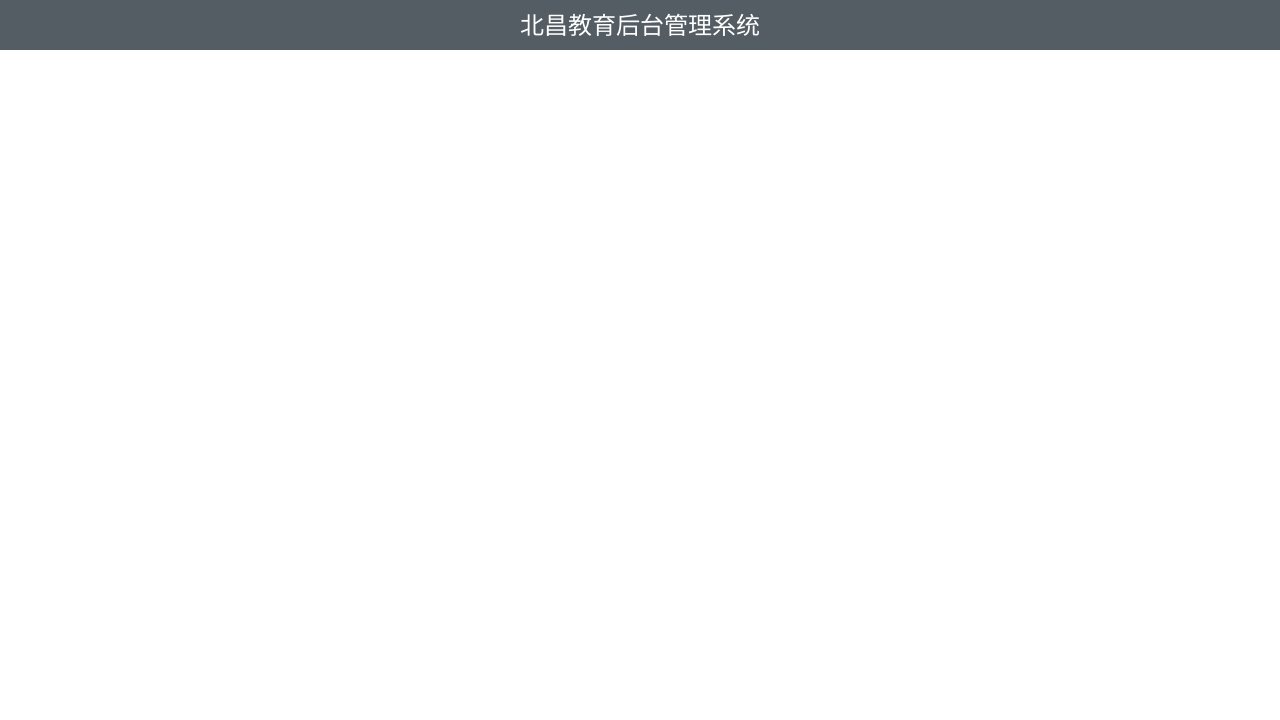
Repository: xiaosi0707/2212-v2
Page: /
These files come from the project's save history. The page is drawn as it stood at one moment and after a run of saves; the edit follows.
The browser window is 1280 px wide. The pictures show the whole page.
The project was rebuilt for these pictures with package versions that can differ from the ones it lists, and the page was loaded fresh each time. Also part of the build but not shown: vue.config.js, src/components/ceshi/list.vue, src/components/ceshi/about.vue, src/components/ceshi/send.vue, src/components/ceshi/ented.vue.

Above is the page before, as saved 2023-11-01 14:33:23.

### src/main.js
import Vue from 'vue' // 导入vue.js相当于
import App from './App.vue' // 导入App.vue组件
// import Parent from './components/parent.vue'
// 导入路由对象
import router from './router/index.js'

// 关闭开发环境的提示
Vue.config.productionTip = false
// Vue实例
new Vue({
  render: h => h(App), // 把App组件挂载到#app的html页面上
  router // 全局挂载Vue实例对象
}).$mount('#app')

### src/App.vue
<template>
  <div id="app">
    <CustomHeader />
    <router-view></router-view>

  </div>
</template>
<script>
import CustomHeader from './components/houtai/header.vue'
import CustomFooter from './components/houtai/footer.vue'
export default {
  components: {
    CustomHeader,
    CustomFooter
  }
}
</script>
<style>
.router-link-exact-active {
   color:red

}
</style>

### src/router/index.js
// src/router/index.js就是当前项目的路由模块

//1．导入Vue 和VueRouter的包
import Vue from 'vue'
import VueRouter from 'vue-router'
import List from '../components/ceshi/list.vue'
import About from '../components/ceshi/about.vue'
import Send from '../components/ceshi/send.vue'
import Ented from '../components/ceshi/ented.vue'

//2．调用Vue.use()函数，把VueRouter安装为Vue的插件
Vue.use(VueRouter)

//3．创建路由的实例对象
const router = new VueRouter({
    routes: [

        {
            path:'/list',
            component:List
        },
        {
            path:'/about',
            component:About,
            children:[
                {
                    path:'/',
                    component:Send
                },
                {
                path:'/send',
                component:Send
            },
            {
                path:'/ented',
                component:Ented
            }

            ]
        }
    ]
})

//4．向外共享路由的实例对象
export default router

### src/components/houtai/header.vue
<!-- components/header.vue -->
<template>
    <header class="header">北昌教育后台管理系统</header>
  </template>
  <style scoped>
  .header {
    height: 50px;
    background-color: #545c64;
    line-height: 50px;
    text-align: center;
    font-size: 24px;
    color: #fff;
  }
  </style>

### src/components/houtai/footer.vue
<!-- components/footer.vue -->
<template>
    <footer class="footer">版权信息</footer>
  </template>
  <style scoped>
  .footer {
    height: 40px;
    line-height: 40px;
    background-color: #888;
    position: absolute;
    bottom: 0;
    width: 100%;
    text-align: center;
    color: #fff;
  }
  </style>

Loaded but not shown: public/index.html (common file)

After the next 3 saves:
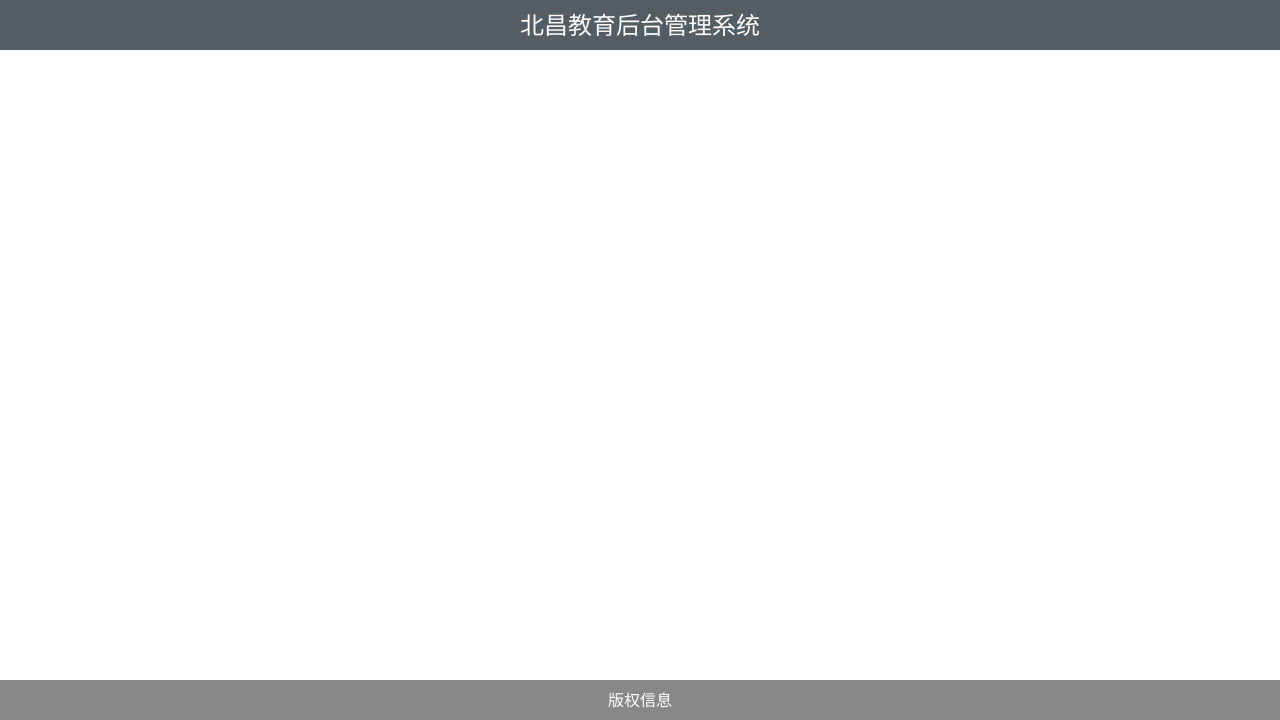
The 3 saves are shown as one change because they came seconds apart.
The last was saved 13 s later.
--- a/src/App.vue
+++ b/src/App.vue
@@ -1,8 +1,8 @@
 <template>
   <div id="app">
     <CustomHeader />
-    <router-view></router-view>
-
+    <router-view />
+    <CustomFooter />
   </div>
 </template>
 <script>
